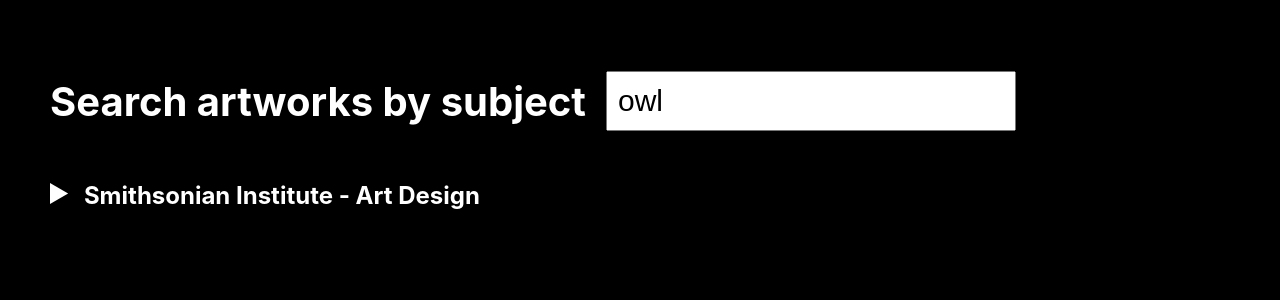
Repository: magiai/art-searcher
Page: /
The author's editor kept a copy of each file at every save. The page is drawn from the files as they stood at one save, then again after the next save.
The browser window is 1280 px wide. The pictures show the whole page.
The page's requests for data from a server got no answer. The project was rebuilt for these pictures with package versions that can differ from the ones it lists, and the page was loaded fresh each time. No one was signed in, and anything a server would have sent is missing. Also part of the build but not shown: src/figureDisplay.js.

Above is the page before, as saved 2022-04-12 15:55:39.

### src/App.js
import React from "react";
import './App.css';
import SearchByWork from "./SearchByWord";

export default function App() {

    return (
        <React.Fragment>
          <div>
            <h1>Search artworks by subject</h1>
            <SearchByWork />
          </div>
        </React.Fragment>
    )
}

### src/App.css
* {
  box-sizing: border-box;
}

html {
  scroll-behavior: smooth;
}

body {
  background-color: black;
  color: white;
}

img {

}

#root {
  padding-top: 50px;
  padding-bottom: 50px;
  padding-right: 50px;
  padding-left: 50px;
  flex-direction: column;
}

#root, #root div {
  display: flex;
  flex-wrap: wrap;
  align-items: center;
}

h1, form {
  display: inline-block;
}

h1 {
  font-size: 40px;
}

form input {
  height: 60px;
  font-size: 30px;
  padding: 10px;
  margin-left: 20px;
}

h2 {
  display: inline-block;
  margin-block-start: 0;
  margin-block-end: 0;
}

.images__list {
  /* position: relative; */
}

figure {
  text-align: center;
  transition:all 0.2s ease;
}

figure:hover {
  /* position: absolute; */
  /* inset: 50%; */
}

figcaption {
  max-width: 300px;
  margin: auto;
}


img {
  transition:all 0.2s ease;
  margin: 5px;
  width: auto !important;
  max-width: 70vw;
  z-index: 1;
}

#root img:hover {
  outline: 1rem solid white;
  -webkit-transform:scale(2);
  /* transform: translate(50%); */
}

details {
  width: 100%;
}

details div {
   justify-content: center;

}

summary {
  padding: 20px 0;
}
summary::marker {
  font-size: 32px;
  /*color: white;*/
}

### src/SearchByWord.js
import React, { useState } from "react";
import ApiResults from "./ApiResults";

export default function SearchByWork() {

    const [searchedSubject, setSearchedSubject] = useState({});

    const watchTypedPhrase = ({ target }) => {
        const { name, value } = target;

        setSearchedSubject((prevSearchedSubject) => ({
            ...prevSearchedSubject,
            [name]: value
        }));
    };

    const submitPhrase = (event) => {
        event.preventDefault();
    };

    return (
        <React.Fragment>
            <form onSubmit = { submitPhrase }>
                <input type="search" name="subject" placeholder="owl" value={searchedSubject.subject || 'owl'} onChange={watchTypedPhrase}/>
            </form>
            <ApiResults searchedSubject={searchedSubject.subject} />
            {/* <ApiResults searchedSubject={'owl'} /> */}
        </React.Fragment>
    )
}

### src/ApiResults.js
import React from "react";
import UseFetch from "./fetchData";
import ArtworksList from "./ArtworksList";
// import SmithsonianArtworksList from "./SmithsonianArtworksList";
import { apiUrlInformationForInstitutons } from "./apiInformationForInstitutons";
// import ArtworkMetMuseum from "./MetMuseumObjectsList";

export default function ApiResults(props) {

  // let tryIt = {};
  // const [returnedArtworks, setReturnedArtworks] = useState({});

  // const updateResult = (tryIt = {}) => {
  //     const { value } = tryIt;

  //     setReturnedArtworks((prevArtworks) => ({
  //         ...prevArtworks,
  //         tryIt
  //     }));
  // };

  // console.log(returnedArtworks);

  // const submitPhrase = (event) => {
  //     event.preventDefault();
  // };

  const apiUrlInformationForInstitutonsArray = Object.values(apiUrlInformationForInstitutons);
  let artworks;

  for (let index = 0; index < apiUrlInformationForInstitutonsArray.length; index++) {

    const urlStart = apiUrlInformationForInstitutonsArray[index].urlStart;
    const urlEnd = apiUrlInformationForInstitutonsArray[index].urlEnd;
    const mainURL = urlStart + props.searchedSubject + urlEnd;
    const initialResponseName = apiUrlInformationForInstitutonsArray[index].responseName;
    const secondParameter = apiUrlInformationForInstitutonsArray[index].secondResponseParameter;

    if (secondParameter === null) {
      const initialData = UseFetch(mainURL, {[initialResponseName]: []});
      initialData !== undefined ? artworks = initialData[initialResponseName] : artworks = '';
      // console.log(artworks);
      // updateResult(artworks);
      // setReturnedArtworks(artworks);
    }

    else {
      const initialData = UseFetch(mainURL, {initialResponseName: {secondParameter: []}});
      const firstResponse = initialData[initialResponseName];

      if (firstResponse !== undefined) {
        artworks = initialData[initialResponseName][secondParameter];
        // setReturnedArtworks(artworks);
        // updateResult(artworks);
      }
    }
  }

  return (
    <ArtworksList
       artworks = { artworks }
   />
  )
}

### src/fetchData.js
import { useState, useEffect } from "react";
// export const breeds = {breedsData};

export default function UseFetch(url, defaultData) {
    const [data, updateData] = useState(defaultData);

    // NOTE! Don't pass url as an argument in the child method
    // this seems to break the React observable
    // also don't call the URL argument on useEffect either
    useEffect(() => {

      async function getDataFromAPI() {
        try {
            if (!url) {
                updateData(defaultData);
                return;
            }
            const response = await fetch(url);
            const json = await response.json();
            updateData(json);
        } catch(event) {
            console.log(event);
        }
    }

    getDataFromAPI();

    }, [url]);

    return data;
} // end useFetch

### src/ArtworksList.js
import React from "react";
import FigureDisplay from "./figureDisplay";
import { apiGeneralInformationForInstitutons } from "./apiInformationForInstitutons";
import MuseumSectionDisplay from "./MuseumSectionDisplay";

export default function ArtworksList(props) {

    const imagesList = [];
    let sectionTitle,
        keyWordForImageTitle,
        keyWordForArtist,
        imageUrl,
        keyWordForIdentifier = '';
    let imageTitle,
        artist,
        imagePath,
        identifier = '';
    let isOpen = false;
    let imageId = null;
    const apiGeneralInformationArray = Object.values(apiGeneralInformationForInstitutons);

    // console.log(apiGeneralInformationForInstitutons);

    keyWordForImageTitle = apiGeneralInformationArray[0].artworkTitle;
    keyWordForArtist = apiGeneralInformationArray[0].artist;
    imageUrl = apiGeneralInformationArray[0].imagesUrl;
    keyWordForIdentifier = apiGeneralInformationArray[0].identifier;
    sectionTitle = apiGeneralInformationArray[0].sectionTitle;
    isOpen = apiGeneralInformationArray[0].isOpen;

    for (let index = 0; index < props.artworks.length; index++) {

      const artworks = props.artworks[index];

        if (artworks !== undefined) {

          imageTitle = artworks[keyWordForImageTitle];
          artist = artworks[keyWordForArtist];
          identifier = artworks[keyWordForIdentifier];

          if (identifier !== null) {
            imageId = props.artworks[index][`${identifier}`];
          }
          if (imageId !== null) {
            imagePath = `${imageUrl}${identifier}/full/843,/0/default.jpg`;
          } else {
            imagePath = imageUrl;
          }

          imagesList.push(
            <FigureDisplay
                key={index}
                imageSrc={imagePath}
                imageTitle={imageTitle === '' ? "Untitled" : imageTitle || ''}
                artist={artist === '_primaryMaker' ? artist.name : artist || ''}
                loading={props.isOpen === true && index< 7 ? "eager" : "lazy"}
            />
          );
        }
      }

      return (
        <MuseumSectionDisplay
          museumName={sectionTitle}
          images={imagesList}
          isOpen={isOpen}
        />
    )
}

### src/apiInformationForInstitutons.js
export const apiUrlInformationForInstitutons = {

  smithsonians: {
    'urlStart': 'https://api.si.edu/openaccess/api/v1.0/category/art_design/search?q=',
    'urlEnd': '&api_key=h4EFHdtQ2Buaa56YASGozM68gzw1NFka61spYM44&rows=100',
    'responseName': 'response',
    'secondResponseParameter': 'rows',
  },

  artInstituteOfChicago: {
    'urlStart': 'https://api.artic.edu/api/v1/artworks/search?q=',
    'urlEnd': '&limit=70&fields=id,title,image_id,color,artist_title',
    'responseName': 'data',
    'secondResponseParameter': null,
  },

//   albertAndVictoriaMuseum: {
//     'urlStart': 'https://api.vam.ac.uk/v2/objects/search?q=$',
//     'urlEnd': '',
//     'responseName': 'records',
//     'secondResponseParameter': null,
//   }

    // const smithsonianInstitutionHistoryCultureURL = `https://api.si.edu/openaccess/api/v1.0/category/history_culture/search?q=${props.searchedSubject}&api_key=h4EFHdtQ2Buaa56YASGozM68gzw1NFka61spYM44&rows=20`;
    // const initialDataSmithsonianInstitutionHistoryCulture = UseFetch(smithsonianInstitutionHistoryCultureURL, {response: {rows: []}});
    // const artworksDataSmithsonianInstitutionHistoryCulture = initialDataSmithsonianInstitutionHistoryCulture.response.rows;


    // const bookCoversURL = `https://covers.openlibrary.org/b/isbn/cat-m.jpg`;
    // console.log(bookCoversURL);

    // const metmuseumURL = `https://collectionapi.metmuseum.org/public/collection/v1/search?&q=${searchedSubject.subject}?tags=true`;
    // const initialDataMetMuseum = UseFetch(metmuseumURL, {objectIDs:[]}); // make sure passing an empty array to default data if it fails
    // const artworksDataMetMuseum = initialDataMetMuseum.objectIDs;
    // const artworkMetMuseumIds = artworksDataMetMuseum.map((artId, index) => (
    //     {artId}
    // ));
}

export const apiGeneralInformationForInstitutons = {

  smithsonians: {
    'identifier': null,
    'artworkTitle': 'title',
    'artist': "content.freetext.name ? props.artworks[index].content.freetext.name[0].content : 'Unknown'",
    'imagesUrl': "content.descriptiveNonRepeating.online_media.media[0].content + '_screen'",
    'sectionTitle': 'Smithsonian Institute - Art Design',
    'isOpen': false
  },

  artInstituteOfChicago: {
    'identifier': 'image_id',
    'artworkTitle': 'title',
    'artist': 'artist_title',
    'imagesUrl': 'https://www.artic.edu/iiif/2/',
    'sectionTitle': 'Art Institute of Chicago',
    'isOpen': false
  },

//   albertAndVictoriaMuseum: {
//     'identifier': '_primaryImageId',
//     'artworkTitle': 'title',
//     'artist': '_primaryMaker',
//     'imagesUrl': 'https://framemark.vam.ac.uk/collections/',
//     'sectionTitle': 'Albert and Victoria Museum',
//     'isOpen': true
//   }

}

### src/MuseumSectionDisplay.js
import React from "react";

export default function MuseumSectionDisplay(props) {

    return (
        <details open={props.isOpen}>
            <summary><h2>{props.museumName}</h2></summary>
            <div className="images__list">
                {props.images}
            </div>
        </details>
    )
}

Loaded but not shown: public/index.html (common file); src/index.js (common file); src/index.css (common file); src/reportWebVitals.js (common file)

After the next save:
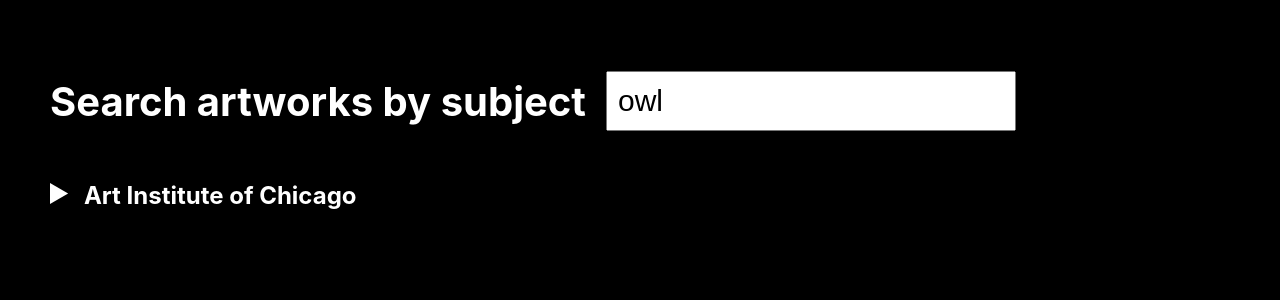
Saved 10 s later.
--- a/src/apiInformationForInstitutons.js
+++ b/src/apiInformationForInstitutons.js
@@ -1,11 +1,11 @@
 export const apiUrlInformationForInstitutons = {
 
-  smithsonians: {
-    'urlStart': 'https://api.si.edu/openaccess/api/v1.0/category/art_design/search?q=',
-    'urlEnd': '&api_key=h4EFHdtQ2Buaa56YASGozM68gzw1NFka61spYM44&rows=100',
-    'responseName': 'response',
-    'secondResponseParameter': 'rows',
-  },
+  // smithsonians: {
+  //   'urlStart': 'https://api.si.edu/openaccess/api/v1.0/category/art_design/search?q=',
+  //   'urlEnd': '&api_key=h4EFHdtQ2Buaa56YASGozM68gzw1NFka61spYM44&rows=100',
+  //   'responseName': 'response',
+  //   'secondResponseParameter': 'rows',
+  // },
 
   artInstituteOfChicago: {
     'urlStart': 'https://api.artic.edu/api/v1/artworks/search?q=',
@@ -14,12 +14,12 @@ export const apiUrlInformationForInstitutons = {
     'secondResponseParameter': null,
   },
 
-//   albertAndVictoriaMuseum: {
-//     'urlStart': 'https://api.vam.ac.uk/v2/objects/search?q=$',
-//     'urlEnd': '',
-//     'responseName': 'records',
-//     'secondResponseParameter': null,
-//   }
+  // albertAndVictoriaMuseum: {
+  //   'urlStart': 'https://api.vam.ac.uk/v2/objects/search?q=$',
+  //   'urlEnd': '',
+  //   'responseName': 'records',
+  //   'secondResponseParameter': null,
+  // }
 
     // const smithsonianInstitutionHistoryCultureURL = `https://api.si.edu/openaccess/api/v1.0/category/history_culture/search?q=${props.searchedSubject}&api_key=h4EFHdtQ2Buaa56YASGozM68gzw1NFka61spYM44&rows=20`;
     // const initialDataSmithsonianInstitutionHistoryCulture = UseFetch(smithsonianInstitutionHistoryCultureURL, {response: {rows: []}});
@@ -39,14 +39,14 @@ export const apiUrlInformationForInstitutons = {
 
 export const apiGeneralInformationForInstitutons = {
 
-  smithsonians: {
-    'identifier': null,
-    'artworkTitle': 'title',
-    'artist': "content.freetext.name ? props.artworks[index].content.freetext.name[0].content : 'Unknown'",
-    'imagesUrl': "content.descriptiveNonRepeating.online_media.media[0].content + '_screen'",
-    'sectionTitle': 'Smithsonian Institute - Art Design',
-    'isOpen': false
-  },
+  // smithsonians: {
+  //   'identifier': null,
+  //   'artworkTitle': 'title',
+  //   'artist': "content.freetext.name ? props.artworks[index].content.freetext.name[0].content : 'Unknown'",
+  //   'imagesUrl': "content.descriptiveNonRepeating.online_media.media[0].content + '_screen'",
+  //   'sectionTitle': 'Smithsonian Institute - Art Design',
+  //   'isOpen': false
+  // },
 
   artInstituteOfChicago: {
     'identifier': 'image_id',
@@ -57,13 +57,13 @@ export const apiGeneralInformationForInstitutons = {
     'isOpen': false
   },
 
-//   albertAndVictoriaMuseum: {
-//     'identifier': '_primaryImageId',
-//     'artworkTitle': 'title',
-//     'artist': '_primaryMaker',
-//     'imagesUrl': 'https://framemark.vam.ac.uk/collections/',
-//     'sectionTitle': 'Albert and Victoria Museum',
-//     'isOpen': true
-//   }
+  // albertAndVictoriaMuseum: {
+  //   'identifier': '_primaryImageId',
+  //   'artworkTitle': 'title',
+  //   'artist': '_primaryMaker',
+  //   'imagesUrl': 'https://framemark.vam.ac.uk/collections/',
+  //   'sectionTitle': 'Albert and Victoria Museum',
+  //   'isOpen': true
+  // }
 
 }
